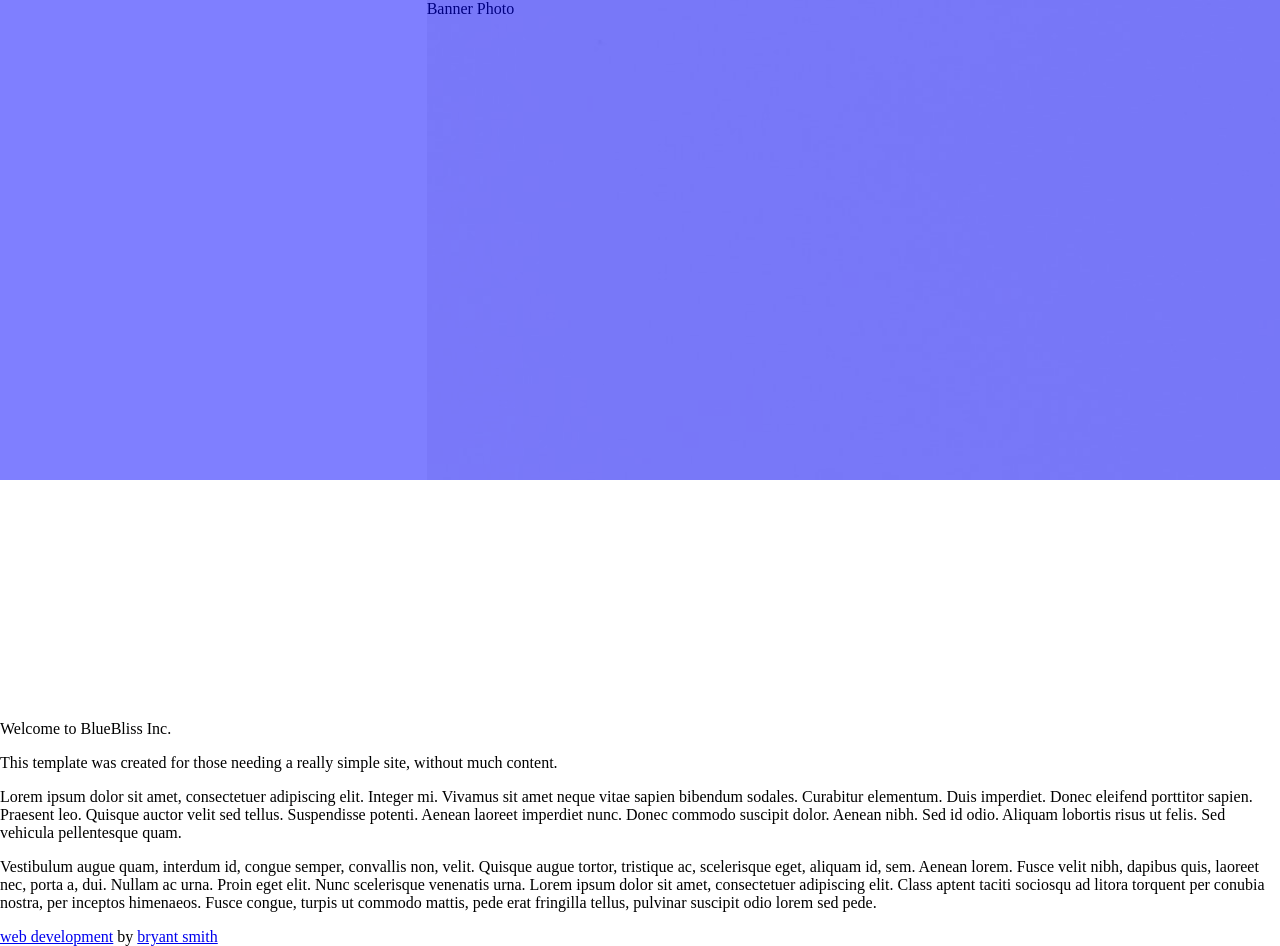
Repository: Scoofster/SWE-Flying-start-bio-website
Page: public/index.html
These files come from the project's save history. The page is drawn as it stood at one moment and after the next save; the edit follows.
The browser window is 1280 px wide. The pictures show the whole page.

Above is the page before, as saved 2022-06-16 13:01:35.

After the next save:
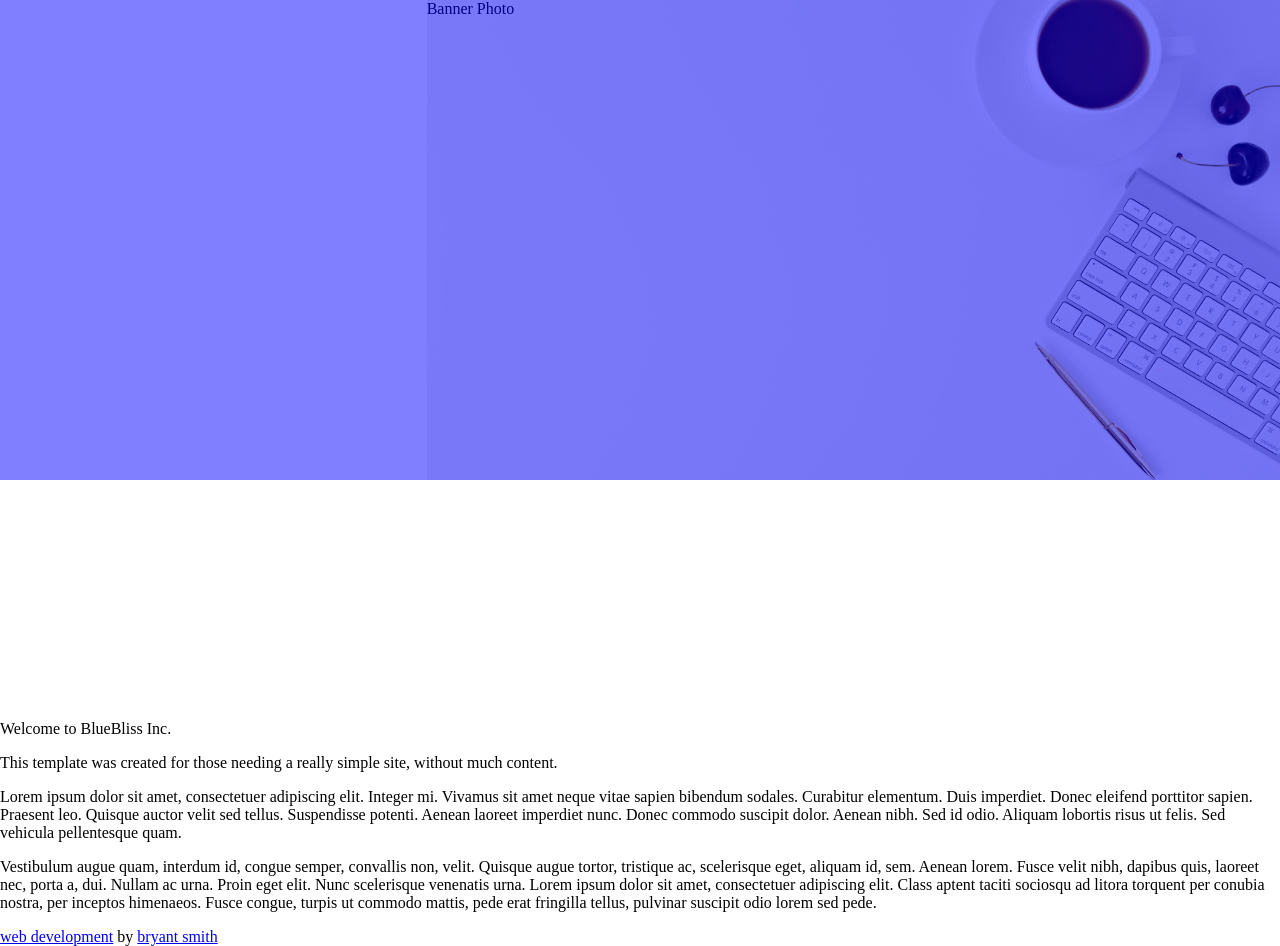
Saved 7 s later.
--- a/public/index.css
+++ b/public/index.css
@@ -25,7 +25,7 @@
 #banner_photo {
     background-image: url(./imgs/splash_photo.jpg);
     grid-area: 1 /2/ span 2 / span 2;
-    background-size:cover
+    background-size:cover;
     background-repeat: no-repeat;
     margin: 0;
 
